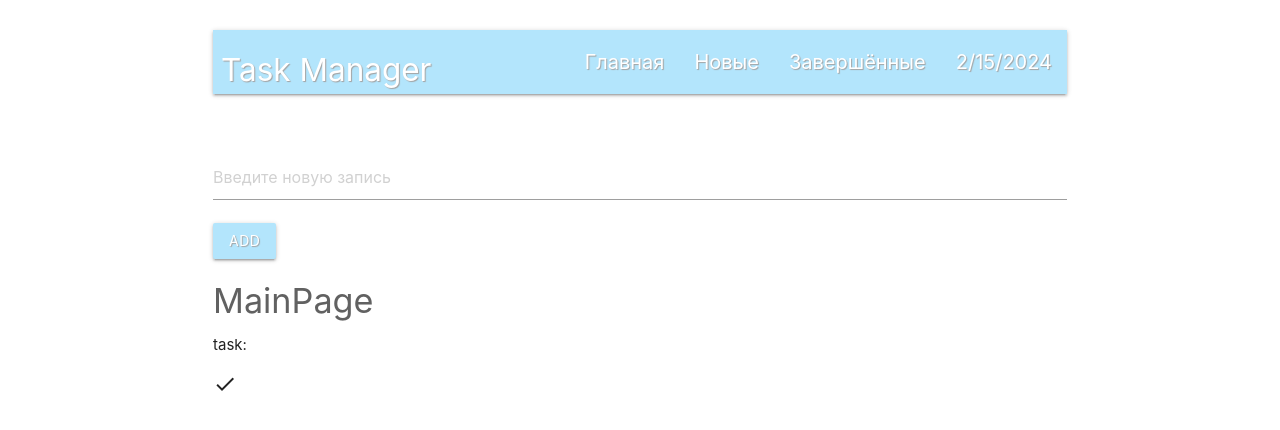
Repository: iveivs/myReactTaskManager
Page: /, after clicking the first element matching `button.btn`
An editor plug-in stored every save of this project. The page is shown before and after a run of saves, followed by the edit.
The browser window is 1280 px wide. The pictures show the whole page.
The project was rebuilt for these pictures with package versions that can differ from the ones it lists, and the page was loaded fresh each time. Also part of the build but not shown: vite.config.js, src/components/DoneTasks.jsx, src/components/NewTasks.jsx.

Above is the page before, as saved 2024-02-15 15:52:52.

After the next 4 saves:
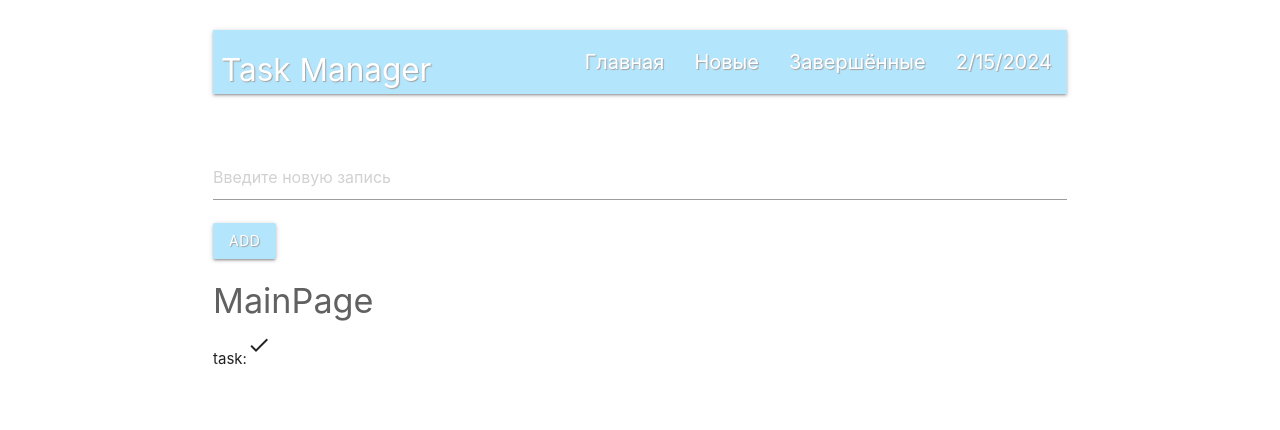
The 4 saves are shown as one change because they came seconds apart.
The last was saved 12 s later.
--- a/src/index.css
+++ b/src/index.css
@@ -27,7 +27,8 @@ nav {
     color: #616161;
 }
 .taskItem {
-
+    display: flex;
+    fd
 }
 /* nav {
     background-color: #b3e5fc
